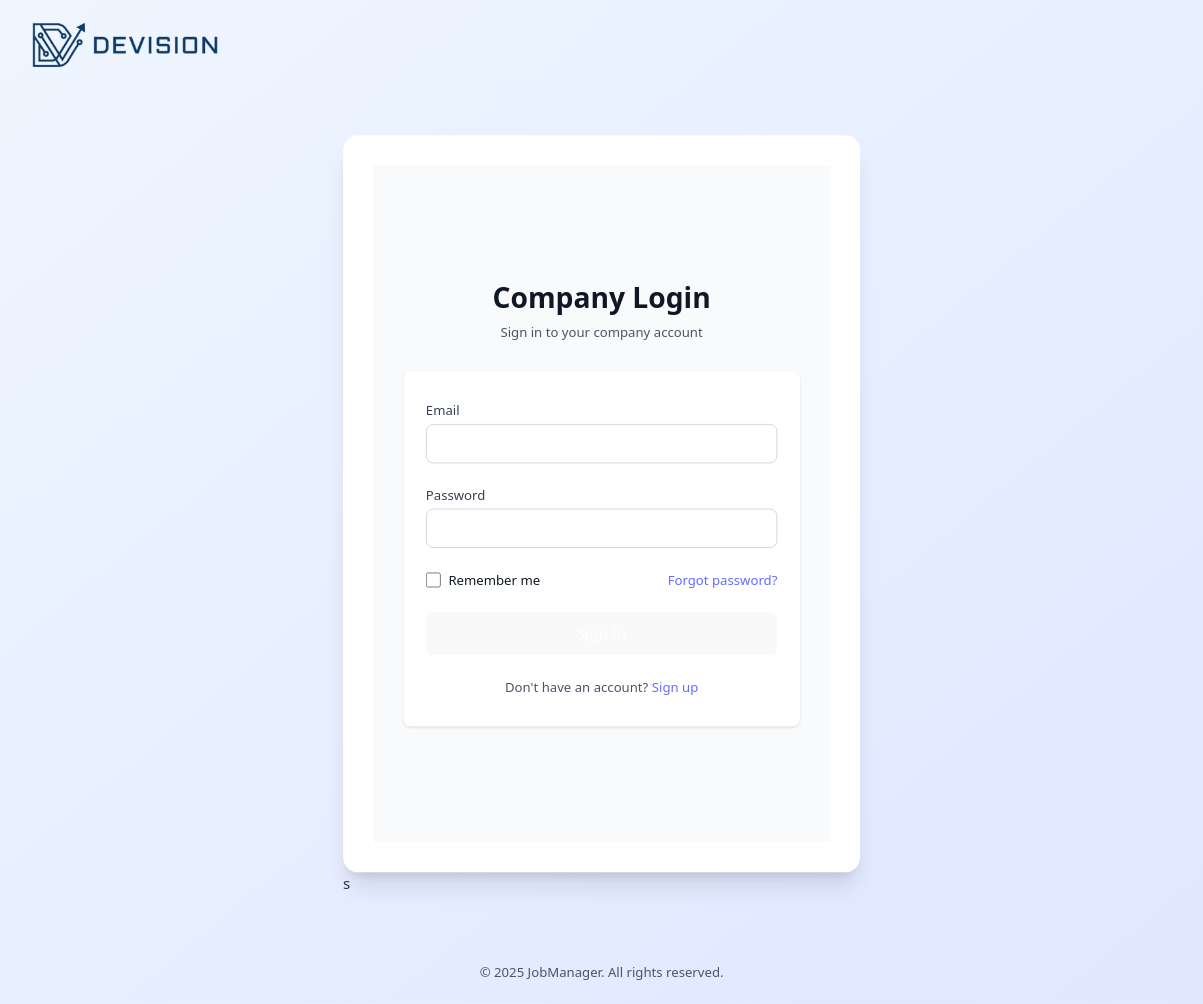
Repository: ISYS3461-2025C-Mulan-DEVision/JobManager_FE
Page: /login
An editor plug-in stored every save of this project. The page is shown before and after the next save, followed by the edit.
The browser window is 1280 px wide. The pictures show the whole page, at 94% of full size.
The project was rebuilt for these pictures with package versions that can differ from the ones it lists, and the page was loaded fresh each time. Also part of the build but not shown: vite.config.js, src/pages/Home.tsx, src/components/headless/Table/Table.tsx, src/components/headless/Modal/Modal.tsx, src/components/ui/Card/Card.tsx, src/components/ui/Spinner/Spinner.tsx, src/components/ui/Alert/Alert.tsx.

Above is the page before, as saved 2025-12-12 11:43:19.

After the next save:
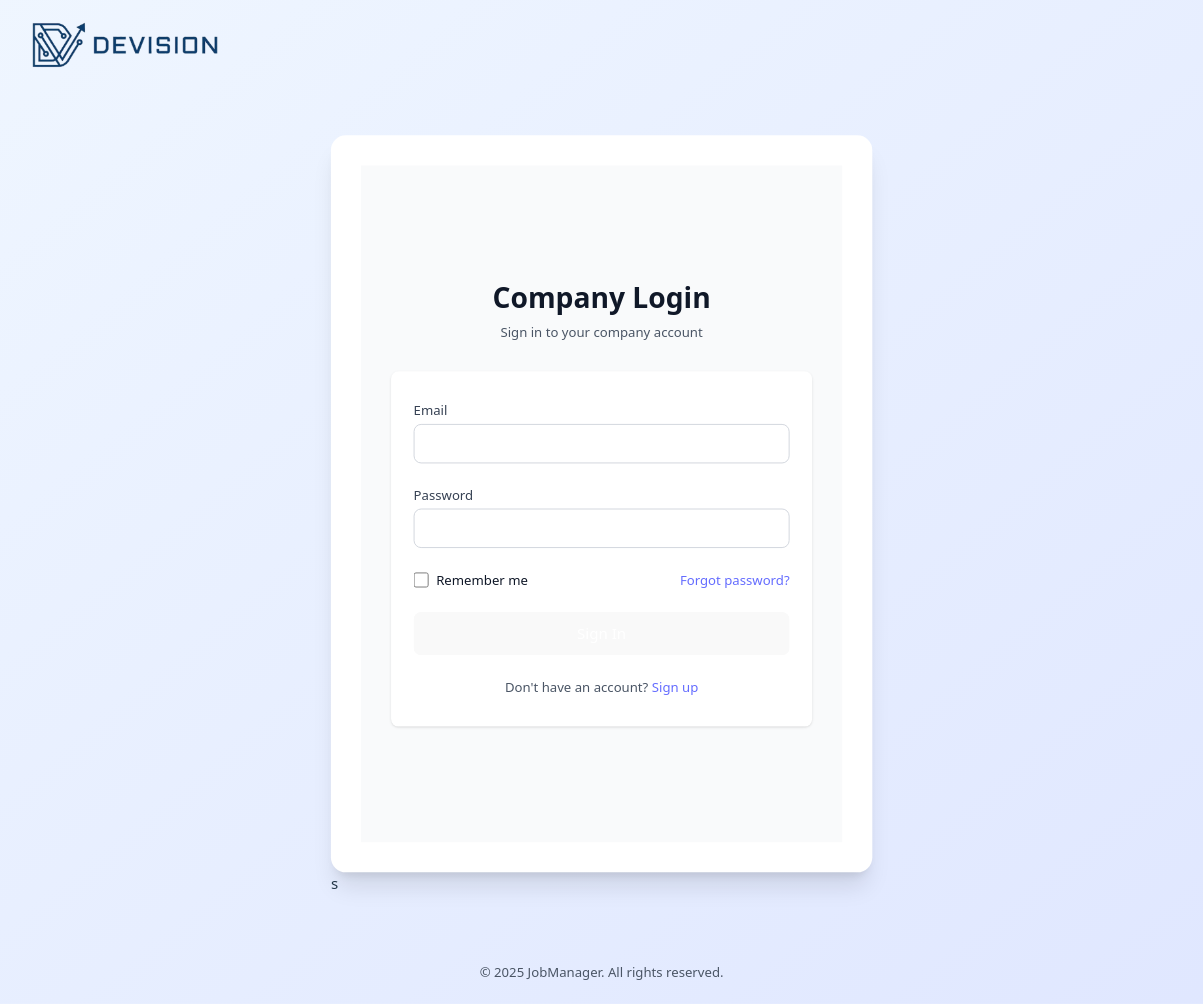
Saved 59 s later.
--- a/src/layout/AuthLayout.tsx
+++ b/src/layout/AuthLayout.tsx
@@ -20,7 +20,7 @@
 
             {/* Centered Content Panel */}
             <main className="flex-1 flex items-center justify-center px-4 py-12">
-                <div className="w-full max-w-[550px]">
+                <div className="w-full max-w-xl">
                     {/* Card wrapper for the form */}
                     <div className="bg-white rounded-2xl shadow-xl p-8">
                         {children}
